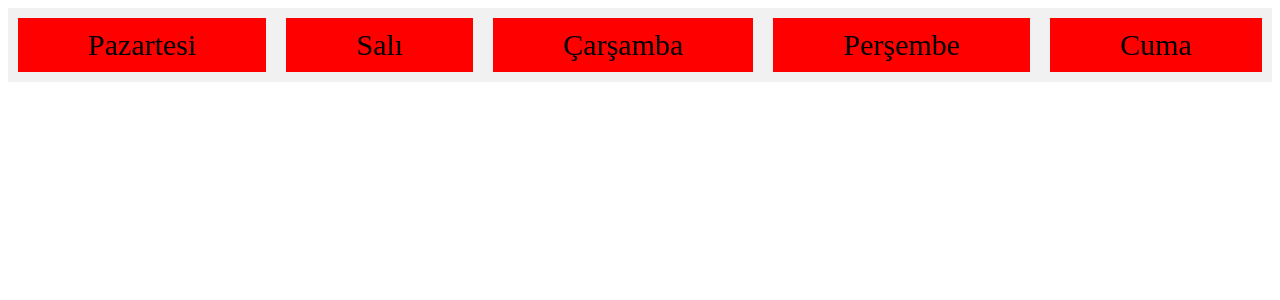
Repository: ahmetbugraozcan/css-ders-programi
Page: deneme2.html
The author's editor kept a copy of each file at every save. The page is drawn from the files as they stood at one save, then again after the next save.
The browser window is 1280 px wide. The pictures show the whole page.

Above is the page before, as saved 2021-07-10 10:33:55.

After the next save:
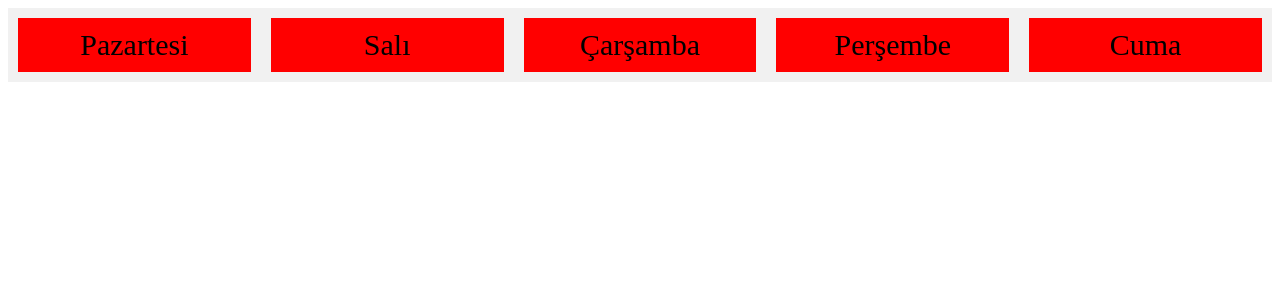
Saved 40 s later.
--- a/deneme2.html
+++ b/deneme2.html
@@ -1,32 +1,36 @@
 <!DOCTYPE html>
 <html>
+
 <head>
-<style>
-.flex-container {
-  display: flex;
+    <style>
+        .flex-container {
+            display: flex;
 
-  background-color: #f1f1f1;
-}
+            background-color: #f1f1f1;
+        }
 
-.flex-container>div {
-    background-color: red;
-    flex-grow: 1;
-  padding: 10px;
-  margin: 10px;
-  text-align: center;
-  font-size: 30px;
-}
-</style>
+        .flex-container>div {
+            flex-basis: 200px;
+            background-color: red;
+            flex-grow: 1;
+            padding: 10px;
+            margin: 10px;
+            text-align: center;
+            font-size: 30px;
+        }
+    </style>
 </head>
+
 <body>
 
-<div class="flex-container">
-  <div >Pazartesi</div>
-  <div >Salı</div>
-  <div >Çarşamba</div>
-  <div >Perşembe</div>
-  <div >Cuma</div>
-</div>
+    <div class="flex-container">
+        <div>Pazartesi</div>
+        <div>Salı</div>
+        <div>Çarşamba</div>
+        <div>Perşembe</div>
+        <div>Cuma</div>
+    </div>
 
 </body>
+
 </html>

After the save that followed:
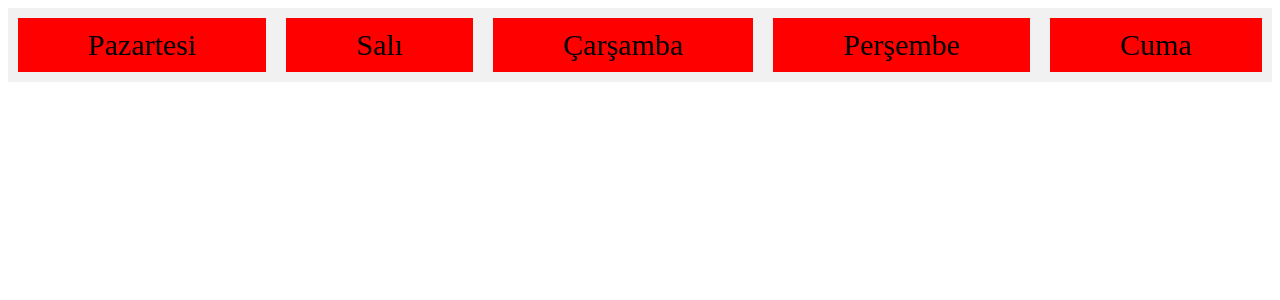
Saved 6 s later.
--- a/deneme2.html
+++ b/deneme2.html
@@ -5,12 +5,12 @@
     <style>
         .flex-container {
             display: flex;
-
+            flex-basis: 200px;
             background-color: #f1f1f1;
         }
 
         .flex-container>div {
-            flex-basis: 200px;
+
             background-color: red;
             flex-grow: 1;
             padding: 10px;
